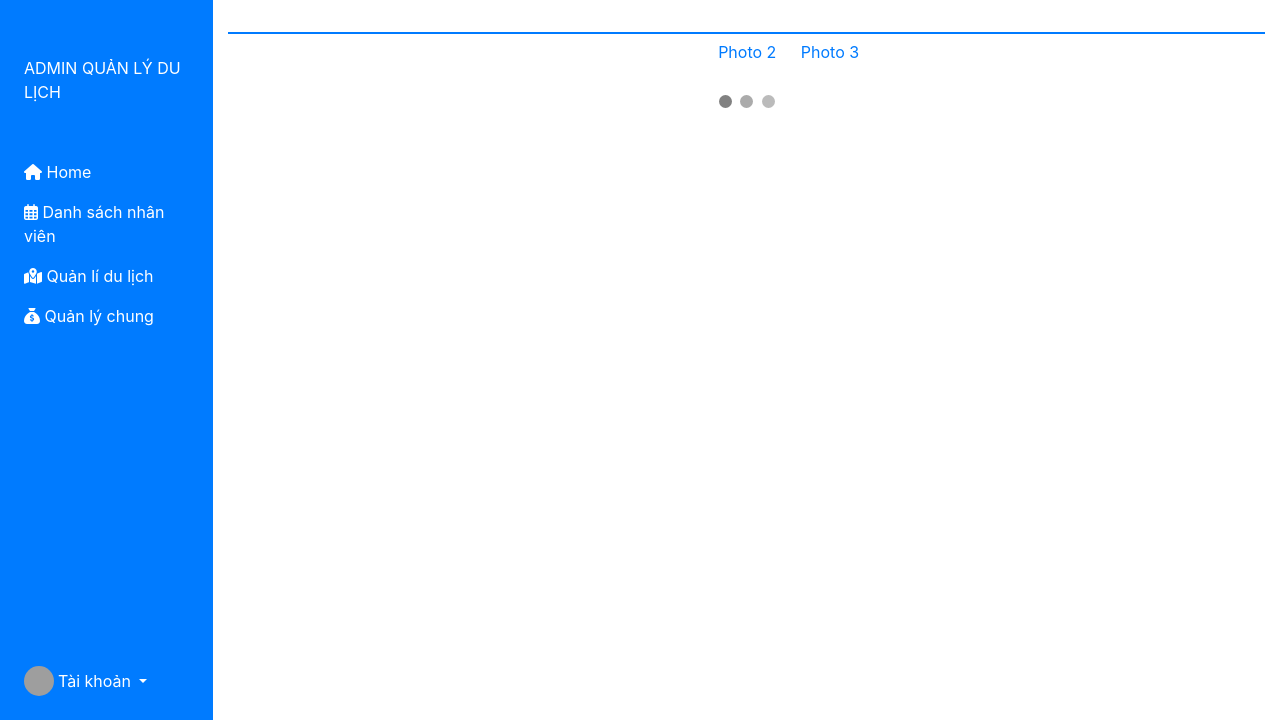
Repository: vantohuu/BOOKINGTOUR
Page: http://localhost/BOOKINGTOUR/WEB-INF/views/home/homeshow.jsp
The author's editor kept a copy of each file at every save. The page is drawn from the files as they stood at one save, then again after the next save.
The browser window is 1280 px wide. The pictures show the whole page.
Pictures or frames that could not be fetched are drawn as grey boxes. Some web libraries are served in a nearby version. The page is served by Tomcat 9. Nobody is signed in. The template is opened directly, without the code that normally fills it, so the values that code supplies are empty.

Above is the page before, as saved 2023-06-04 08:16:42.

After the next save:
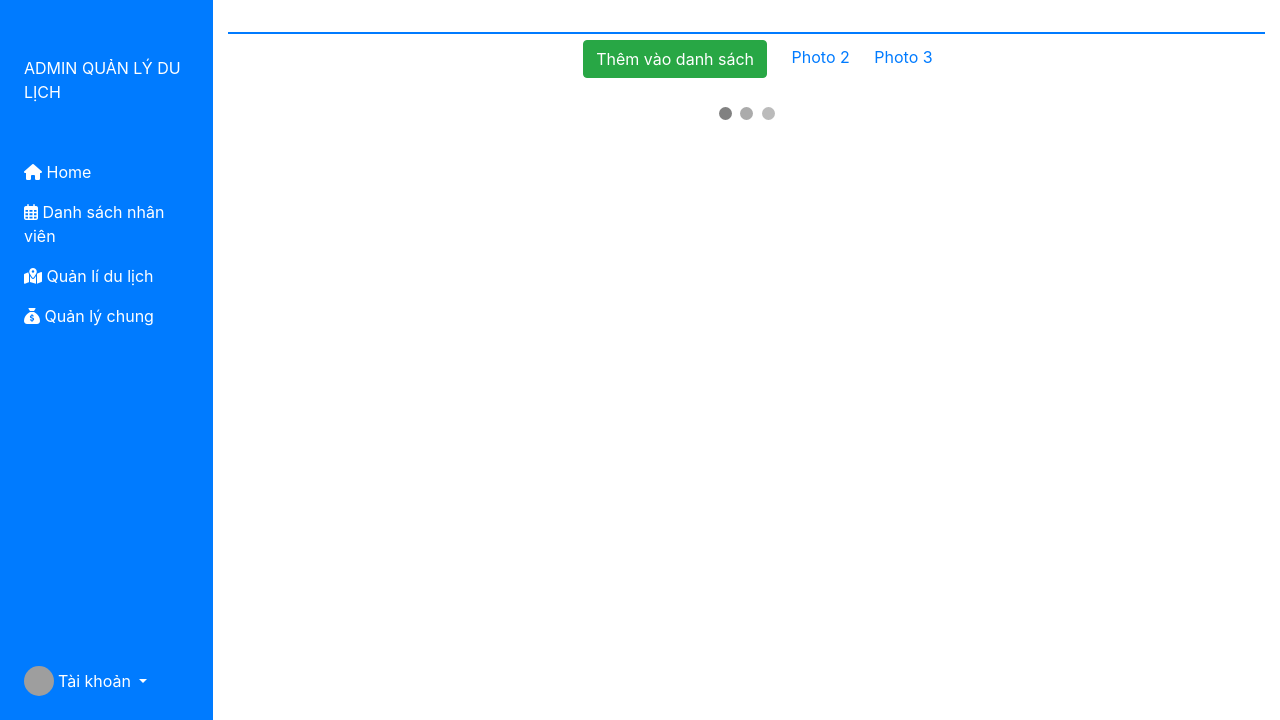
Saved 36 s later.
--- a/BOOKINGTOUR/src/main/webapp/WEB-INF/views/home/homeshow.jsp
+++ b/BOOKINGTOUR/src/main/webapp/WEB-INF/views/home/homeshow.jsp
@@ -136,7 +136,7 @@
 										data-bs-toggle="collapse"
 										class="nav-link text-white px-0 align-middle "> <i
 											class="fa-solid fa-map-location-dot"></i>
-											link 1
+											<button class="btn btn-success">Thêm vào danh sách</button>
 									</a></p>
 
 										<ul class="collapse nav flex-column ms-1" id="submenu${phong.id}" data-bs-parent="#menu">
